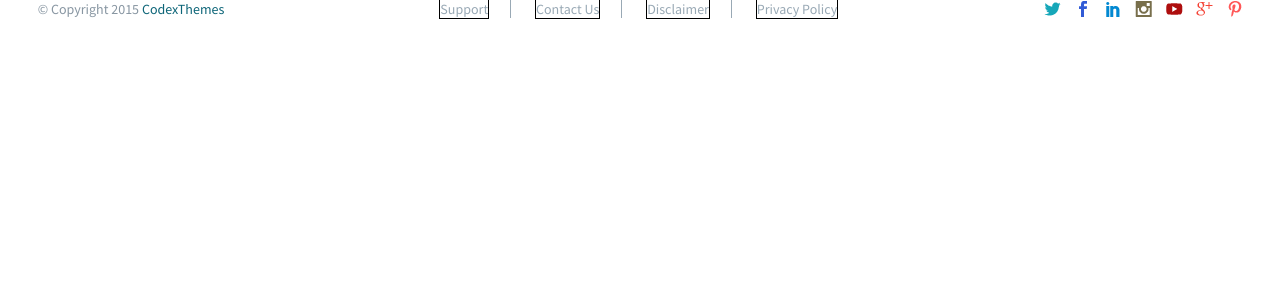
Repository: flylessbird/shop_cart
Page: html/footer.html
These files come from the project's save history. The page is drawn as it stood at one moment and after a run of saves; the edit follows.
The browser window is 1280 px wide. The pictures show the whole page.
The style sheet was rebuilt from its Sass, Less or Tailwind sources for each picture, by a compiler version that may differ from the author's.

Above is the page before, as saved 2022-05-10 15:41:08.

After the next 2 saves:
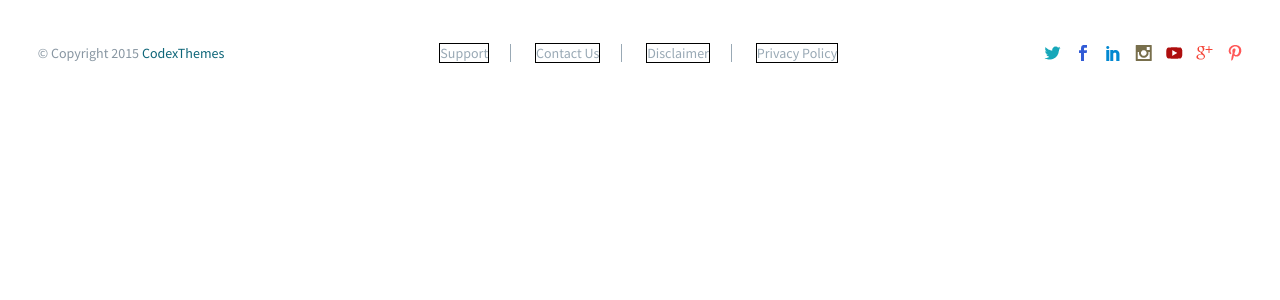
The 2 saves are shown as one change because they came seconds apart.
The last was saved 30 s later.
--- a/css/footer.scss
+++ b/css/footer.scss
@@ -6,6 +6,7 @@
   font-size: 14px;
   justify-content: center;
   align-items: center;
+  padding: 44px 0;
   .text {
     .copy {
       color: $grey_copy;
